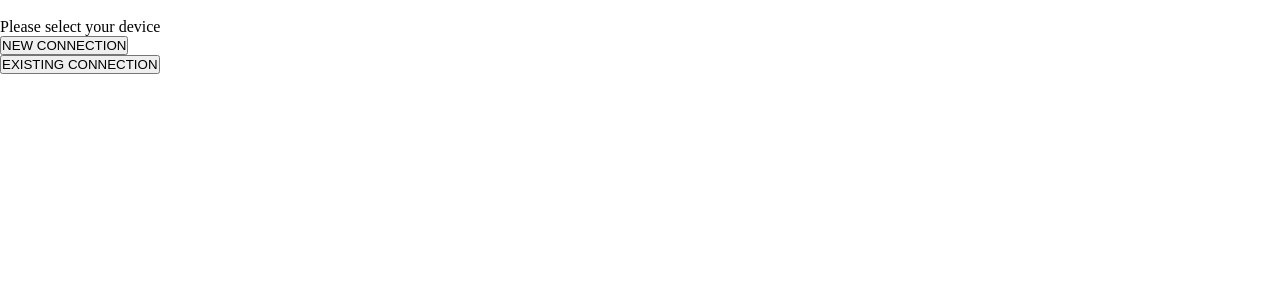
Repository: anjandash/authpass
Page: authenticator.html
These files come from the project's save history. The page is drawn as it stood at one moment and after the next save; the edit follows.
The browser window is 1280 px wide. The pictures show the whole page.

Above is the page before, as saved 2021-11-13 12:25:55.

### authenticator.html
<!DOCTYPE html>
<html lang="en">
<head>
    <meta charset="UTF-8">
    <meta http-equiv="X-UA-Compatible" content="IE=edge">
    <meta name="viewport" content="width=device-width, initial-scale=1.0">
    <link rel="stylesheet" href="authenticator.css">

    <title>Authpass authenticator</title>
</head>
<body>

    <p id="authenticating"> <br> Please select your device </p>

    <button id="getDetails">NEW CONNECTION</button>
    <br>
    <button id="newConn">EXISTING CONNECTION</button>
    <div id="details"></div>

    <script src="authenticator.js"></script>

</body>
</html>

### authenticator.css
*{
    padding: 0px;
    margin: 0px;
}

.wrapper{
    width: 100%;
    height: 1000px;
    padding: 0px 20px;
    margin: 0px;
    background-color: whitesmoke;
}

### authenticator.js
const button = document.getElementById("getDetails");
const new_button = document.getElementById("newConn");

const details = document.getElementById("details");
const authenticating = document.getElementById("authenticating");

function isWebBluetoothEnabled() {
    document.getElementById('bluetoothState').innerText = 'Testing ...'
    if (!navigator.bluetooth) {
        console.log('Web Bluetooth API is not available in this browser!')
        document.getElementById('bluetoothState').innerText = 'Not available'
        return false
    }
    document.getElementById('bluetoothState').innerText = 'Available'
    return true
}

// sleep time expects milliseconds
function sleep (time) {
    return new Promise((resolve) => setTimeout(resolve, time));
}

async function onGetBluetoothDevicesButtonClick() {
    try {
      log('Getting existing permitted Bluetooth devices...');
      const devices = await navigator.bluetooth.getDevices();

      log('> Got ' + devices.length + ' Bluetooth devices.');
      for (const device of devices) {
        log('  > ' + device.name + ' (' + device.id + ')');
      }
    }
    catch(error) {
      log('Argh! ' + error);
    }
}

function connectToBluetoothDevice(device) {
    const abortController = new AbortController();

    let deviceConnectPromise = new Promise((resolve, reject) => {
      device.addEventListener('advertisementreceived', evt => {
        abortController.abort();
        device.gatt.connect()
            .then(gattServer => resolve(gattServer))
            .catch(error => reject(error));

        let deviceId = device.gatt.device.id;
        let deviceName = device.gatt.device.name;
        let connStatus = device.gatt.device.gatt.connected;
        console.log('> CDevice Id: ' + deviceId)
        console.log('> CDevice Name: ' + deviceName)


      }, {once: true});
    });

    device.watchAdvertisements({signal: abortController.signal});
    return deviceConnectPromise;
}

new_button.addEventListener("click", async () => {

        // Get permitted devices.
        let devices = await navigator.bluetooth.getDevices();

        // These devices may not be powered on or in range, so scan for
        // advertisement packets from them before connecting.
        for (let device of devices) {

            if (device.gatt.device.id == "pM5Ma5tpyXiIXbzMDHSLxQ=="){
                let deviceId = device.gatt.device.id;
                let deviceName = device.gatt.device.name;

                console.log('> Device Id: ' + deviceId)
                console.log('> Device Name: ' + deviceName)

                //connectToBluetoothDevice(device)
            }

        }

})



button.addEventListener("click", async () => {
  try {

    // Declaring the service we want
    authpass_service_uuid = "EABC4F75-8967-4234-A483-9660A8F32AB1".toLowerCase()
    // gpass_service_uuid = "00001802-0000-1000-8000-00805F9B34FB".toLowerCase()

    // "00001803-0000-1000-8000-00805F9B34FB".toLowerCase() //

    // Request the Bluetooth device through browser
    const device = await navigator.bluetooth.requestDevice({
      optionalServices: [authpass_service_uuid],
      acceptAllDevices: true,
    });

    // Connect to the GATT server
    // We also get the name of the Bluetooth device here
    let deviceId = device.gatt.device.id;
    let deviceName = device.gatt.device.name;

    const server = await device.gatt.connect();
    let connStatus = device.gatt.device.gatt.connected;

    serviceUuid = authpass_service_uuid
    const service = await server.getPrimaryService(serviceUuid);
    const characteristics = await service.getCharacteristics();
    const characteristicsUuid = characteristics.map(c => c.uuid).join('\n' + ' '.repeat(19));

    console.log('> Device Id: ' + deviceId)
    console.log('> Device Name: ' + deviceName)
    console.log('> Connection Status: ' + connStatus)
    console.log('> Characteristics: ' + characteristicsUuid);

    authenticating.innerHTML = characteristicsUuid
    //getDetails.parentNode.removeChild(elem);

    //validating user token


    // sleep(1000).then(() => {
    //     details.innerHTML = "SUCCESSFULLY AUTHENTICATED"
    //     window.location.href="profile.html";
    // });

  } catch (err) {
    console.log(err);
    alert("An error occured while fetching device details");
  }
});

After the next save:
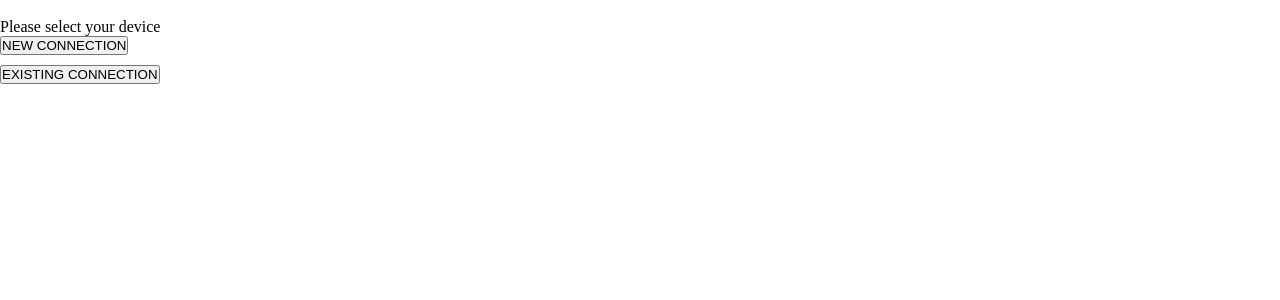
Saved 26 s later.
--- a/authenticator.html
+++ b/authenticator.html
@@ -14,7 +14,7 @@
 
     <button id="getDetails">NEW CONNECTION</button>
     <br>
-    <button id="newConn">EXISTING CONNECTION</button>
+    <button id="newConn" style="margin-top: 10px;">EXISTING CONNECTION</button>
     <div id="details"></div>
 
     <script src="authenticator.js"></script>
